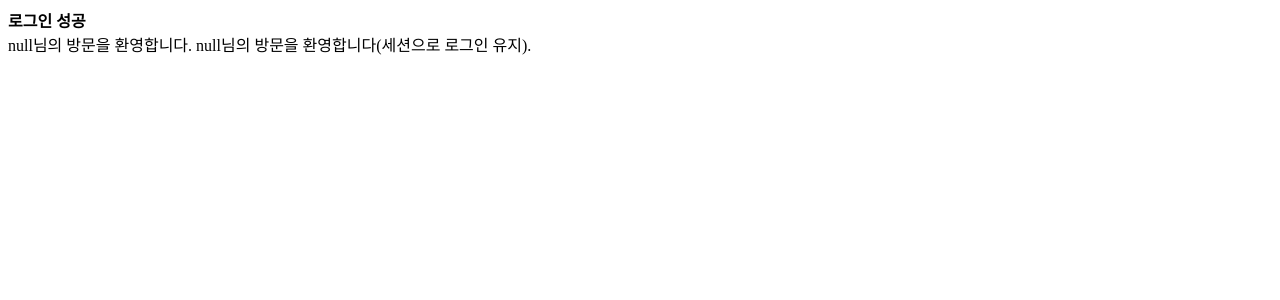
Repository: yurilee9696/jsp
Page: http://localhost/amasbin/loginOkProc.jsp
An editor plug-in stored every save of this project. The page is shown before and after the next save, followed by the edit.
The browser window is 1280 px wide. The pictures show the whole page.
The page is served by Tomcat 9.

Above is the page before, as saved 2018-05-01 01:45:04.

### project/amasbin/WebContent/loginOkProc.jsp
<%@ page language="java" contentType="text/html; charset=UTF-8"
    pageEncoding="UTF-8"%>
<!DOCTYPE html>
<html>
<head>
<meta charset="UTF-8">
<title>Insert title here</title>
</head>
<body>
<b>로그인 성공</b><br>
<%String id=request.getParameter("id");
out.println(id+"님의 방문을 환영합니다.");
String idSession=(String) session.getAttribute("id");
out.println(idSession+"님의 방문을 환영합니다(세션으로 로그인 유지).");
%>

</body>
</html>

After the next save:
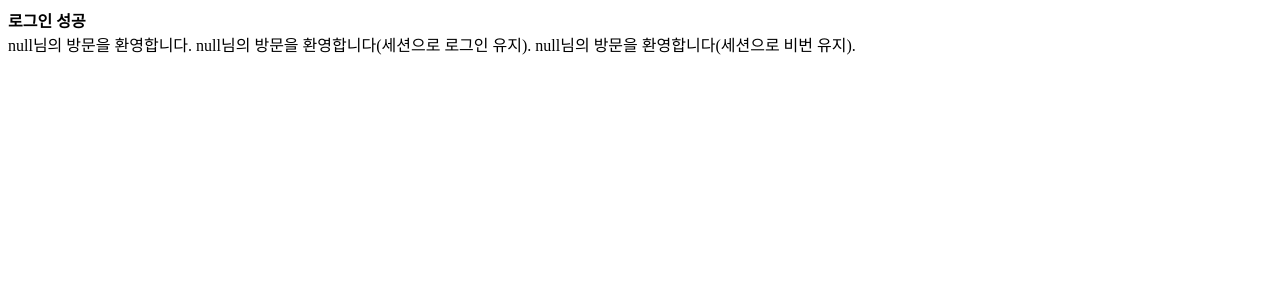
Saved 41 s later.
--- a/project/amasbin/WebContent/loginOkProc.jsp
+++ b/project/amasbin/WebContent/loginOkProc.jsp
@@ -12,6 +12,10 @@
 out.println(id+"님의 방문을 환영합니다.");
 String idSession=(String) session.getAttribute("id");
 out.println(idSession+"님의 방문을 환영합니다(세션으로 로그인 유지).");
+
+
+String pwSession=(String) session.getAttribute("pw");
+out.println(pwSession+"님의 방문을 환영합니다(세션으로 비번 유지).");
 %>
 
 </body>
